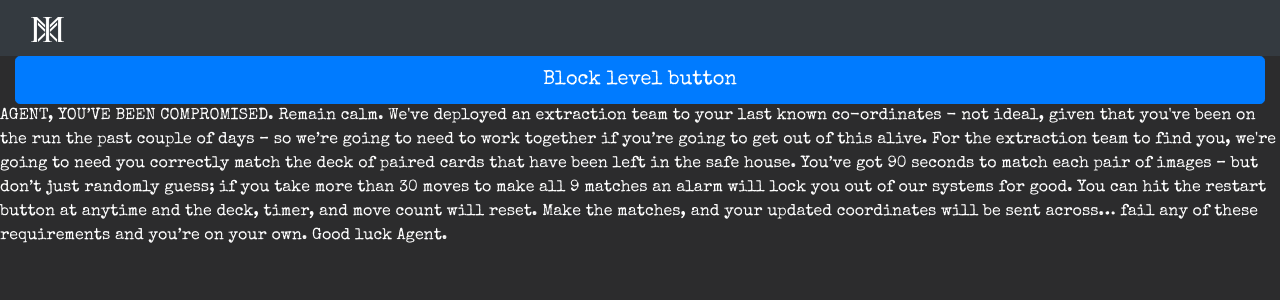
Repository: Code-Institute-Submissions/Milestone-25
Page: index.html
The author's editor kept a record of every edit. The page is drawn from the files as they stood at one moment, then again after the next edit.
The browser window is 1280 px wide. The pictures show the whole page.

Above is the page before.

### index.html
<!DOCTYPE html>
<html lang="en">

<head>
  <meta charset="UTF-8">
  <meta name="viewport" content="width=device-width, initial-scale=1">
  <meta http-equiv="X-UA-Compatible" content="ie=edge">
  <link rel="stylesheet" href="https://stackpath.bootstrapcdn.com/bootstrap/4.4.1/css/bootstrap.min.css" integrity="sha384-Vkoo8x4CGsO3+Hhxv8T/Q5PaXtkKtu6ug5TOeNV6gBiFeWPGFN9MuhOf23Q9Ifjh" crossorigin="anonymous">
  <script src="https://ajax.googleapis.com/ajax/libs/jquery/3.4.1/jquery.min.js"></script>
  <script src="https://maxcdn.bootstrapcdn.com/bootstrap/4.4.1/js/bootstrap.min.js"></script>
  <link rel="stylesheet" href="assets/css/style.css" media="screen">
  <title>Memoryphile Home</title>
</head>

<body>
  <!--Navbar for style purposes only-->
  <nav class="navbar navbar-expand-md navbar-dark bg-dark sticky-top">
    <div class="container-fluid">
      <a class="navbar-brand"><img src="./assets/images/logo.png" height="25" alt="Memoryphile Logo"></a>
    </div>
  </nav>

  <!--Button to jump to game-->
  <div class="container-fluid padding">
        <div class="row padding">
            <div class="col-md">
  <button type="button" class="btn btn-primary btn-lg btn-block">Block level button</button>
  </div>

  <!--Instructions paragraph-->
  <div>
    <p>AGENT, YOU’VE BEEN COMPROMISED. Remain calm. We've deployed an extraction team to your last known co-ordinates - not ideal, given that you've been on the run the past couple of days – so we’re going to need to work together if you’re going to get out of this alive. For the extraction team to find you, we're going to need you correctly match the deck of paired cards that have been left in the safe house.
You’ve got 90 seconds to match each pair of images – but don’t just randomly guess; if you take more than 30 moves to make all 9 matches an alarm will lock you out of our systems for good. You can hit the restart button at anytime and the deck, timer, and move count will reset.
Make the matches, and your updated coordinates will be sent across… fail any of these requirements and you’re on your own.
Good luck Agent.
</p>
  </div>



</body>



<script type="text/javascript" src="./assets/js/main.js"></script>
</html>

### assets/css/style.css
@import url('https://fonts.googleapis.com/css?family=Homemade+Apple|Special+Elite&display=swap');

/* ==============STYLING==============*/

/*--------HTML, BODY Styling-----*/

html,
body {
  height: 100%;
  width: 100%;
  font-family: 'Special Elite', sans-serif;
  color: #fff;
  background-color: #2c2c2d;
}

/*------------BUTTON STYLING--------*/

.btn-secondary {
    background-color: #c30e0e;
    border-color: #c30e0e;
    margin-top: 10%;
    margin-bottom: 10%;
    font-size: 350%;
    padding-top: 1.5%;

}


/*------------Instructions STYLING--------*/

.instructions {
  font-size: 150%;
  display: inline-block;
  margin-left: 6%;
  margin-right: 6%;
}

### assets/js/main.js
//on page open, timer counts from 90 secs down

//on page open, or on restart, cards are reshuffled

//on reset, cards shuffled, reset game board, reset timer

//if timer = 0, game over

// on click, moves increases by 1

// if moves > 40, game over

//on restart, pasue game and timer and ask for confirmation
    //if confirmation = true page refreshes and timer + cards all reset
    //if confirmation = false, game and timer resumes


// on click:
    //if no other card active, flip card and set to active
    //if other card active, compare img of both active cards
        //if img match, match counter increase by one
        //on no match, both cards return to rest state

//(no. of cards = 18)

//if match counter = 9, player wins.

//if match counter = 9, timer stops

//score? = at win, total moves and total time remaining

//set keyboard (p)ause and (esc)ape actions

//if player wins, produce success message (and rating out of three?)

//if player loses (out of time, or exceeds moves), produce loss message

After the next edit:
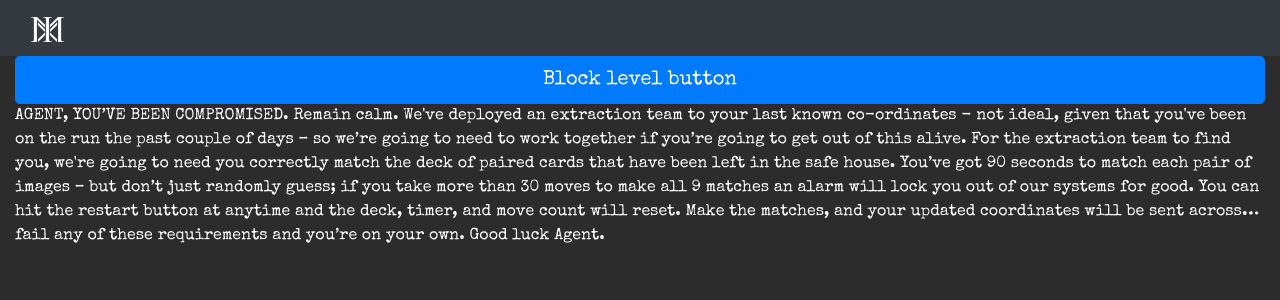
The edit:
--- a/index.html
+++ b/index.html
@@ -22,18 +22,22 @@
 
   <!--Button to jump to game-->
   <div class="container-fluid padding">
-        <div class="row padding">
-            <div class="col-md">
-  <button type="button" class="btn btn-primary btn-lg btn-block">Block level button</button>
+    <div class="row padding">
+      <div class="col-md">
+        <button type="button" class="btn btn-primary btn-lg btn-block">Block level button</button>
+      </div>
+    </div>
   </div>
 
   <!--Instructions paragraph-->
-  <div>
-    <p>AGENT, YOU’VE BEEN COMPROMISED. Remain calm. We've deployed an extraction team to your last known co-ordinates - not ideal, given that you've been on the run the past couple of days – so we’re going to need to work together if you’re going to get out of this alive. For the extraction team to find you, we're going to need you correctly match the deck of paired cards that have been left in the safe house.
-You’ve got 90 seconds to match each pair of images – but don’t just randomly guess; if you take more than 30 moves to make all 9 matches an alarm will lock you out of our systems for good. You can hit the restart button at anytime and the deck, timer, and move count will reset.
-Make the matches, and your updated coordinates will be sent across… fail any of these requirements and you’re on your own.
-Good luck Agent.
-</p>
+    <div class="container-fluid padding">
+    <div class="row padding">
+      <div class="col-md">
+    <p>AGENT, YOU’VE BEEN COMPROMISED. Remain calm. We've deployed an extraction team to your last known co-ordinates - not ideal, given that you've been on the run the past couple of days – so we’re going to need to work together if you’re going to get
+      out of this alive. For the extraction team to find you, we're going to need you correctly match the deck of paired cards that have been left in the safe house. You’ve got 90 seconds to match each pair of images – but don’t just randomly guess; if
+      you take more than 30 moves to make all 9 matches an alarm will lock you out of our systems for good. You can hit the restart button at anytime and the deck, timer, and move count will reset. Make the matches, and your updated coordinates will be
+      sent across… fail any of these requirements and you’re on your own. Good luck Agent.
+    </p>
   </div>
 
 
@@ -43,4 +47,5 @@
 
 
 <script type="text/javascript" src="./assets/js/main.js"></script>
+
 </html>
